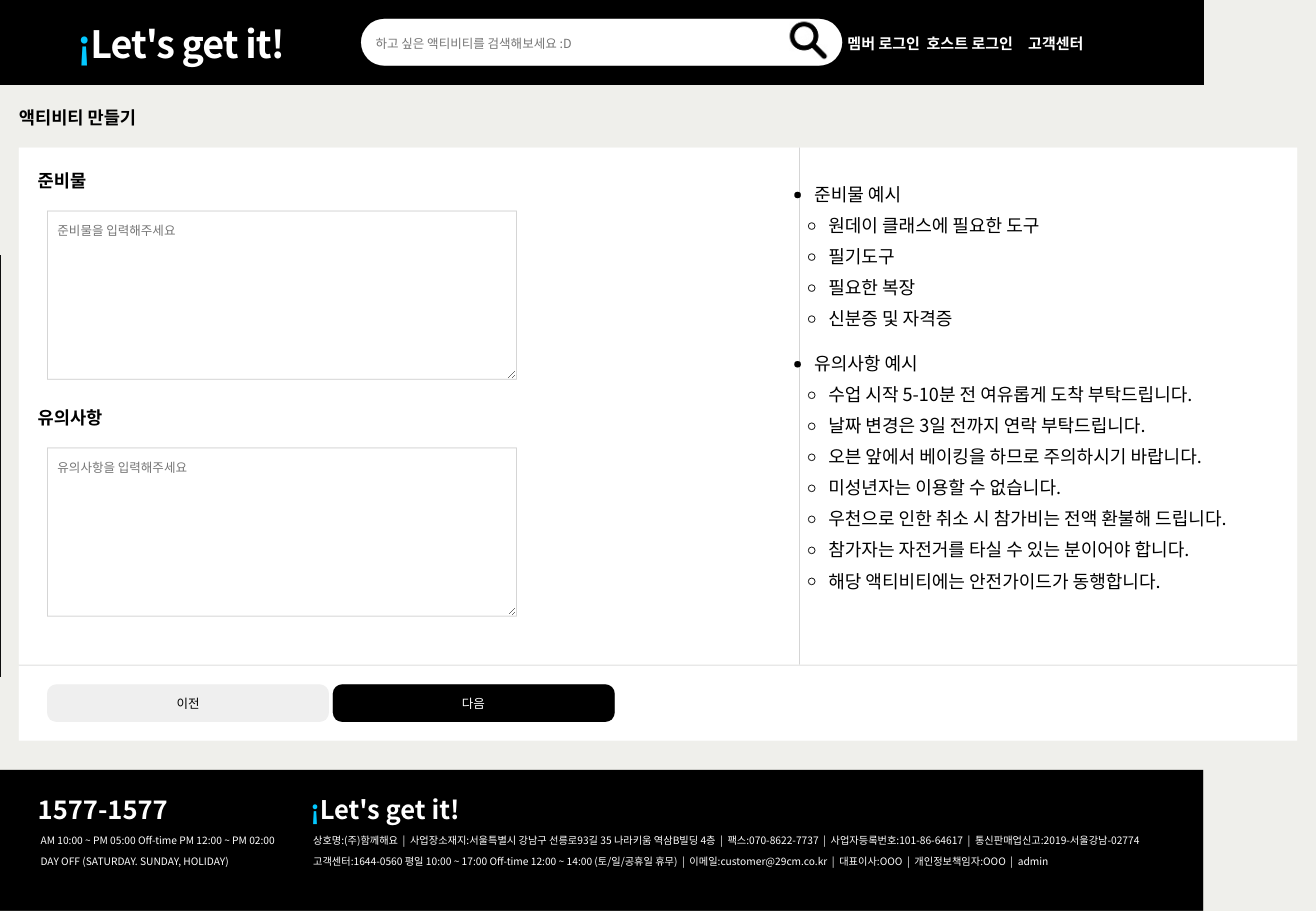
Repository: KiHyo-Tak/2stTeam
Page: http://localhost/2nd_Project_LetsGetIt/WEB-INF/views/activity/activityPolicy.jsp
These files come from the project's save history. The page is drawn as it stood at one moment and after the next save; the edit follows.
The browser window is 1280 px wide. The page is 1400 px wide, so the pictures cover 1400 px, including what lies to the right of the window. The pictures show the whole page, at 94% of full size.
Some web fonts or font styles are not loaded; a fallback is used. The page is served by Tomcat 9. Nobody is signed in. Other server files are loaded and not shown. The template is opened directly, without the code that normally fills it, so the values that code supplies are empty.

Above is the page before, as saved 2020-04-29 04:07:48.

### 2nd_Project_LetsGetIt/src/main/webapp/WEB-INF/views/activity/activityPolicy.jsp
<%@ page language="java" contentType="text/html; charset=UTF-8"
    pageEncoding="UTF-8"%>
<%@ taglib prefix="c" uri="http://java.sun.com/jsp/jstl/core" %>
<%@ taglib prefix="fmt" uri="http://java.sun.com/jsp/jstl/fmt" %>
<c:set var="conPath" value="${pageContext.request.contextPath }"/>
<!DOCTYPE html>
<html>
<head>
<meta charset="UTF-8">
<title>Insert title here</title>
</head>
<script src="https://code.jquery.com/jquery-3.4.1.min.js"></script>
<script>
	$(function(){

	});
</script>
<link href="${conPath }/css/activityPolicy.css" rel="stylesheet">
<body>
	<jsp:include page="../main/header.jsp" />
	<div id="activityPolicy">
		<h3>액티비티 만들기</h3>
		<form action="activityInfo.do" method="post">
			<input type="hidden" name="actCno" value="${activity.actCno }">
			<input type="hidden" name="actName" value="${activity.actName }">
			<input type="hidden" name="actImg" value="${activity.actImg }">
			<input type="hidden" name="actPrice" value="${activity.actPrice }">
			<input type="hidden" name="actDiscount" value="${activity.actDiscount }">
			<input type="hidden" name="actAddress1" value="${activity.actAddress1 }">
			<input type="hidden" name="actAddress2" value="${activity.actAddress2 }">
			<input type="hidden" name="actInclude" value="${activity.actInclude }">
			<input type="hidden" name="actExclude" value="${activity.actExclude }">
			<input type="hidden" name="actMinMember" value="${activity.actMinMember }">
			<input type="hidden" name="actMaxMember" value="${activity.actMaxMember }">
			<input type="hidden" name="actOption" value="${activity.actOption }">
			<div id="left">
				<h3>준비물</h3>
				<textarea cols="20" rows="15" name="actSchedule" placeholder="준비물을 입력해주세요"></textarea>
				<h3>유의사항</h3>
				<textarea cols="20" rows="15" name="actPolicy" placeholder="유의사항을 입력해주세요" required="required"></textarea>
			</div>
			<div id="right">
				<ul>
					<li class="policy">
						준비물 예시
						<ul>
							<li>
								원데이 클래스에 필요한 도구
							</li>
							<li>
								필기도구
							</li>
							<li>
								필요한 복장
							</li>
							<li>
								신분증 및 자격증
							</li>
						</ul>
					</li>
					<li class="policy">
						유의사항 예시
						<ul>
							<li>
								수업 시작 5-10분 전 여유롭게 도착 부탁드립니다.
							</li>
							<li>
								날짜 변경은 3일 전까지 연락 부탁드립니다.
							</li>
							<li>
								오븐 앞에서 베이킹을 하므로 주의하시기 바랍니다.
							</li>
							<li>
								미성년자는 이용할 수 없습니다.
							</li>
							<li>
								우천으로 인한 취소 시 참가비는 전액 환불해 드립니다.
							</li>
							<li>
								참가자는 자전거를 타실 수 있는 분이어야 합니다.
							</li>
							<li>
								해당 액티비티에는 안전가이드가 동행합니다.
							</li>
						</ul>
					</li>
				</ul>
			</div>
			<div id="btn">
				<input class="btn" type="button" value="이전" onclick="history.go(-1)">
				<input class="btn" type="submit" value="다음">
			</div>
		</form>
	</div>
	<jsp:include page="../main/footer.jsp" />
</body>
</html>

### 2nd_Project_LetsGetIt/src/main/webapp/WEB-INF/views/main/header.jsp
<%@ page language="java" contentType="text/html; charset=UTF-8"
    pageEncoding="UTF-8"%>
<%@taglib prefix="c" uri="http://java.sun.com/jsp/jstl/core" %>
<%@taglib prefix="fmt" uri="http://java.sun.com/jsp/jstl/fmt" %>
<c:set var="conPath" value="${pageContext.request.contextPath }"/>
<!DOCTYPE html>
<html>
<head>
<meta charset="UTF-8" name="viewport" content="width=device-width, initial-scale=1">
<title>Insert title here</title>
<link rel="stylesheet" media="(min-width:640px)" href="${conPath }/css/main.css" />
<link rel="stylesheet" media="(max-width:640px)" href="${conPath }/css/main.css" />
<style>
nav, #nav, #navv, #navvv { position: fixed; top: 0; left: -100%; height: 100%; width: 100%; background-color: rgba( 0, 0, 0, 0.5 ); z-index: 99999; transition: .5s;}
nav.open, #nav.open, #navv.open, #navvv.open {position: fixed;top: 0;left: 0;height: 100%;width: 100%;background-color: rgba( 0, 0, 0, 0.5 );z-index: 99999;transition: .5s;}
#close_nav, #close_nav2, #close_nav3, #close_nav4 {position: absolute;top: 10px;right: 10px;float: left;width: 30px;height: 30px;cursor: pointer;color:white;}
#close_nav span, #close_nav2 span, #close_nav3 span, #close_nav4 span {position: absolute;width: 100%;height: 2px;top: 14px;background: white;display: block;font-weight:bold;}
#close_nav span:first-child, #close_nav2 span:first-child, #close_nav3 span:first-child, #close_nav4 span:first-child {transform: rotate(45deg);}
#close_nav span:last-child, #close_nav2 span:last-child, #close_nav3 span:last-child, #close_nav4 span:last-child {transform: rotate(-45deg);}
#nav_gnb, #nav_gnb2, #nav_gnb3, #nav_gnb4{position: absolute;width:50%;padding:5% 0;text-align: center;border:5px solid white;top:50%;left:50%;transform:translate(-50%, -50%);}
#nav_gnb a, #nav_gnb2 a, #nav_gnb3 a, #nav_gnb4 a {color: white;font-size: 1.5em;font-weight:bold;display:block;margin: 10px 0;}
</style>
<link  rel="stylesheet" href="https://fonts.googleapis.com/css2?family=Black+Han+Sans&family=Noto+Sans+KR:wght@100;300;400;500;700;900&display=swap">
<script src="https://code.jquery.com/jquery-3.4.1.min.js"></script>
<script>
$(document).ready(function (){
	$("#lnb_menubtn").click(function(){
		$('nav').addClass('open');
	});
	$("#close_nav").click(function(){
		$('nav').removeClass('open');
	});
	$("#lnb_menubtn2").click(function(){
		$('#nav').addClass('open');
	});
	$("#close_nav2").click(function(){
		$('#nav').removeClass('open');
	});
	$("#lnb_menubtn3").click(function(){
		$('#navv').addClass('open');
	});
	$("#close_nav3").click(function(){
		$('#navv').removeClass('open');
	});
	$("#lnb_menubtn4").click(function(){
		$('#navvv').addClass('open');
	});
	$("#close_nav4").click(function(){
		$('#navvv').removeClass('open');
	});
});
</script>
</head>
<body>
<header>
	<div id="top">
		<div class="left">
			<a href="${conPath }/main.do"><span>¡</span>Let's get it!</a>
		</div>
		<div class="center">
			<form action="${conPath }/activityAllList.do" method="get" class="form">
				<input type="text" name="searchText" placeholder="하고 싶은 액티비티를 검색해보세요 :D" value="${param.searchText }">
				<input type="submit" value="">
			</form>
		</div>
		<div class="right">
			<div class="dropAll">
			<div class="drop">
				<c:if test="${empty member && empty host && empty admin }">
					<a class="topMenu" href="${conPath }/memberLoginForm.do">멤버 로그인</a>
				</c:if>
				<c:if test="${not empty member }">
					<a href="#" id="lnb_menubtn">${member.mName }님</a>
				</c:if>
				<c:if test="${not empty host }">
					<a href="#" id="lnb_menubtn3">${host.hName }님</a>
				</c:if>
				<c:if test="${not empty admin }">
					<a href="#" id="lnb_menubtn4">${admin.aName }님</a>
				</c:if>
			</div>
			<c:if test="${empty member && empty host && empty admin }">
				<div class="drop">
					<a class="topMenu" href="${conPath }/hostLoginForm.do">호스트 로그인</a>
				</div>
			</c:if>
			<div class="drop">
				<a href="#" id="lnb_menubtn2">고객센터</a>
			</div>
				<c:if test="${not empty member }">
					<div class="drop">
						<a class="topMenu" href="${conPath }/memberLogout.do">로그아웃</a>
					</div>
				</c:if>
				<c:if test="${not empty host }">
					<div class="drop">
						<a class="topMenu" href="${conPath }/hostLogout.do">로그아웃</a>
					</div>
				</c:if>
				<c:if test="${not empty admin }">
					<div class="drop">
						<a class="topMenu" href="${conPath }/adminLogout.do">로그아웃</a>
					</div>
				</c:if>
		</div>
		</div>
	</div>
</header>
<nav>
	<div id="close_nav">
		<span></span>
		<span></span>
	</div>
	<div id="nav_gnb">
		<a href="${conPath }/memberModify.do">프로필 수정하기</a>
		<a href="${conPath }/memberLikeActCateForm.do">관심사 설정하기</a>
		<a href="${conPath }/likeactivityList.do">좋아한 액티비티</a>
		<a href="${conPath }/memberlikeHostList.do">좋아한 호스트</a>
		<a href="${conPath }/myActivityList.do?mId=${member.mId}">예약한 액티비티</a>
		<a href="${conPath }/myCouponList.do?mId=${member.mId}">쿠폰함 보기</a>
		<a href="${conPath }/myReviewList.do?mId=${member.mId}">후기 보기</a>
	</div>
</nav>
<div id="nav">
	<div id="close_nav2">
		<span></span>
		<span></span>
	</div>
	<div id="nav_gnb2">
		<a href="${conPath }/noticeAllList.do">공지/이벤트 </a>
		<a href="${conPath }/adminQnaList.do">QnA</a>
	</div>
</div>
<div id="navv">
	<div id="close_nav3">
		<span></span>
		<span></span>
	</div>
	<div id="nav_gnb3">
		<a href="${conPath }/hostModifyForm.do">프로필 수정하기</a>
		<a href="${conPath }/activityWriteForm.do">액티비티 만들기</a>
		<a href="${conPath }/hostActivityList.do?hId=${host.hId}">내 액티비티 보기</a>
		<a href="${conPath }/myActivityReserveList.do?hId=${host.hId}">예약 관리하기</a>
		<a href="${conPath }/myActivityCheckList.do?hId=${host.hId}">출석 관리하기</a>
	</div>
</div>
<div id="navvv">
	<div id="close_nav4">
		<span></span>
		<span></span>
	</div>
	<div id="nav_gnb4">
		<a href="${conPath }/couponWriteForm.do">쿠폰 생성 하기</a>
		<a href="${conPath }/couponList.do">쿠폰 리스트 보기</a>
		<a href="${conPath }/adminQnaList.do">QnA 관리 하기</a>
		<a href="${conPath }/noticeList.do">공지사항 관리하기</a>
		<a href="${conPath }/eventList.do">이벤트 관리하기 </a>
	</div>
</div>

</body>
</html>

### 2nd_Project_LetsGetIt/src/main/webapp/WEB-INF/views/main/footer.jsp
<%@ page language="java" contentType="text/html; charset=UTF-8"
    pageEncoding="UTF-8"%>
<%@taglib prefix="c" uri="http://java.sun.com/jsp/jstl/core" %>
<%@taglib prefix="fmt" uri="http://java.sun.com/jsp/jstl/fmt" %>
<c:set var="conPath" value="${pageContext.request.contextPath }"/>
<!DOCTYPE html>
<html>
<head>
<meta charset="UTF-8" name="viewport" content="width=device-width, initial-scale=1">
<title>Insert title here</title>
<link rel="stylesheet" media="(min-width:640px)" href="${conPath }/css/main.css" />
<link rel="stylesheet" media="(max-width:640px)" href="${conPath }/css/main.css" />
</head>
<body>
<footer>
	<div class="all">
		<div class="left">
			<div class="title">
				1577-1577
			</div>
			<div class="content">
				<p>AM 10:00 ~ PM 05:00 Off-time PM 12:00 ~ PM 02:00 </p>
				<p>DAY OFF (SATURDAY. SUNDAY, HOLIDAY)</p>
			</div>
		</div>
		<div class="right">
			<div class="title">
				<span>¡</span>Let's get it!
			</div>
			<div class="content">
				<p>상호명:(주)함께해요 &nbsp;|&nbsp;  사업장소재지:서울특별시 강남구 선릉로93길 35 나라키움 역삼B빌딩  4층  &nbsp;|&nbsp;  팩스:070-8622-7737  &nbsp;|&nbsp; 사업자등록번호:101-86-64617  &nbsp;|&nbsp; 통신판매업신고:2019-서울강남-02774</p>
				<p>고객센터:1644-0560 평일 10:00 ~ 17:00 Off-time 12:00 ~ 14:00 (토/일/공휴일 휴무)   &nbsp;|&nbsp;  이메일:customer@29cm.co.kr   &nbsp;|&nbsp;  대표이사:OOO   &nbsp;|&nbsp;  개인정보책임자:OOO &nbsp;|&nbsp;
				<c:if test="${empty admin && empty host && empty member }">
					<span><a href="${conPath }/adminLoginForm.do">admin</a></span>
				</c:if>
				</p>
			</div>
		</div>
	</div>
</footer>
</body>
</html>

### 2nd_Project_LetsGetIt/src/main/webapp/css/activityPolicy.css
@charset "UTF-8";
body {
		background-color:#EFEFEB;
	}
	#activityPolicy {
		width:1400px;
		margin:0 auto;
		overflow:hidden;
		height:729px;
	}
	#activityPolicy h3 {
		margin:20px;
	}
	#activityPolicy #left {
		margin-left:20px;
		width:830px;
		background-color:white;
		float:left;
		height:550px;
	}
	#activityPolicy #left textarea {
		margin-left:30px;
		padding:10px;
		width:500px;
		height:180px;
		border:1px solid lightgray;
	}

	#activityPolicy #right {
		width:530px;
		height:550px;
		background-color:white;
		float:left;
		border-left:1px solid lightgray;
		padding:15px;
	}
	#activityPolicy #right ul .policy {
		font-size:1.2em;
		margin:20px 0;
	}
	#activityPolicy #right ul .policy ul li {
		margin-left:15px;
		margin-top:5px;
	}
	#activityPolicy #btn {
		clear:both;
		width:1360px;
		padding:20px 0 20px 30px;
		background-color:white;
		border-top:1px solid lightgray;
	}
	#activityPolicy #btn .btn {
		width:300px;
		height:40px;
		line-height:40px;
		border-radius:10px;
		outline:0;
		border:0;
		cursor:pointer;
	}
	#activityPolicy #btn input[type=submit] {
		background-color:black;
		color:white;
	}

Loaded but not shown: 2nd_Project_LetsGetIt/src/main/webapp/css/main.css (1009 lines, source omitted)

After the next save:
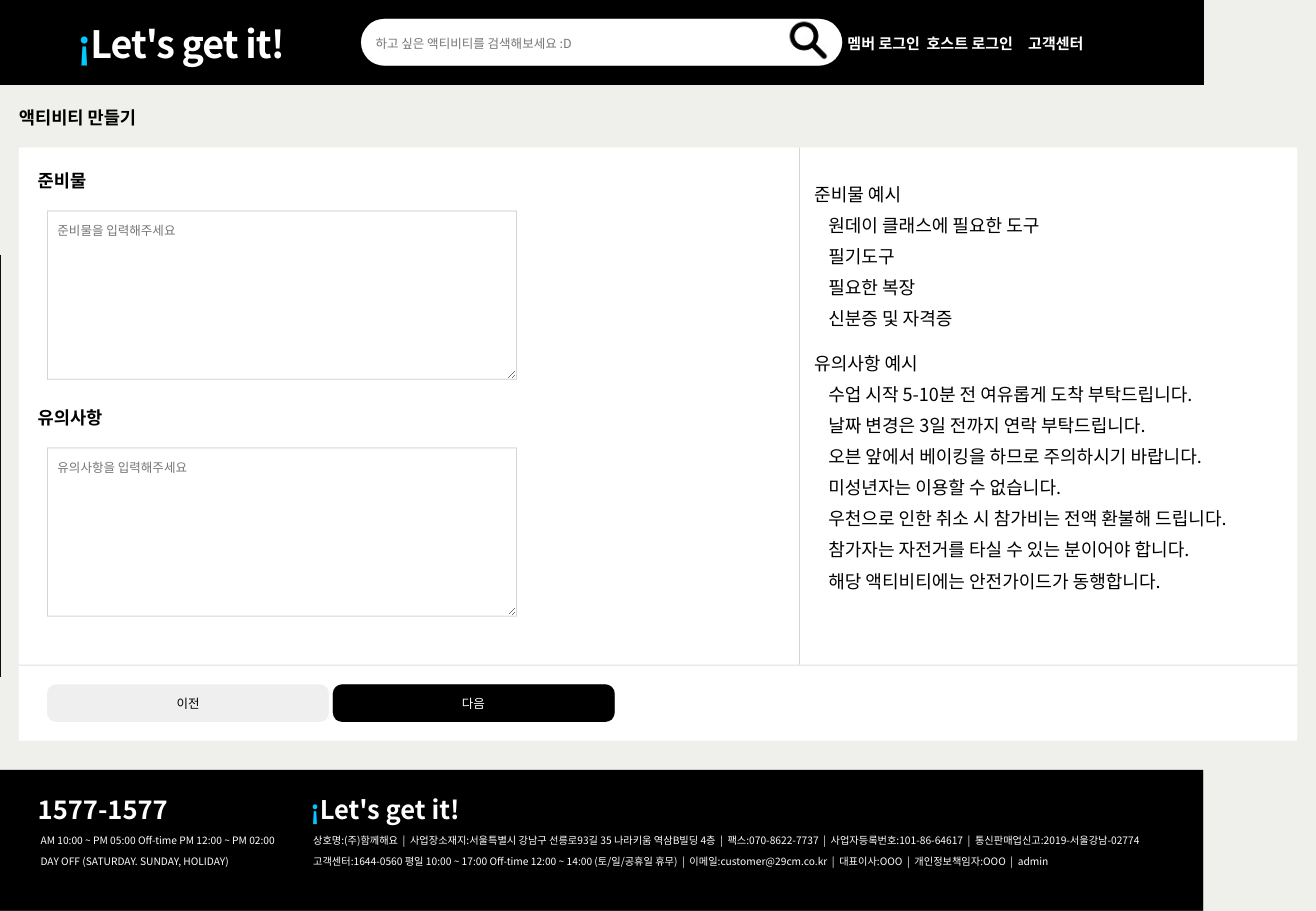
Saved 20 s later.
--- a/2nd_Project_LetsGetIt/src/main/webapp/css/activityPolicy.css
+++ b/2nd_Project_LetsGetIt/src/main/webapp/css/activityPolicy.css
@@ -37,10 +37,12 @@
 	#activityPolicy #right ul .policy {
 		font-size:1.2em;
 		margin:20px 0;
+		list-style:none;
 	}
 	#activityPolicy #right ul .policy ul li {
 		margin-left:15px;
 		margin-top:5px;
+		list-style:none;
 	}
 	#activityPolicy #btn {
 		clear:both;
